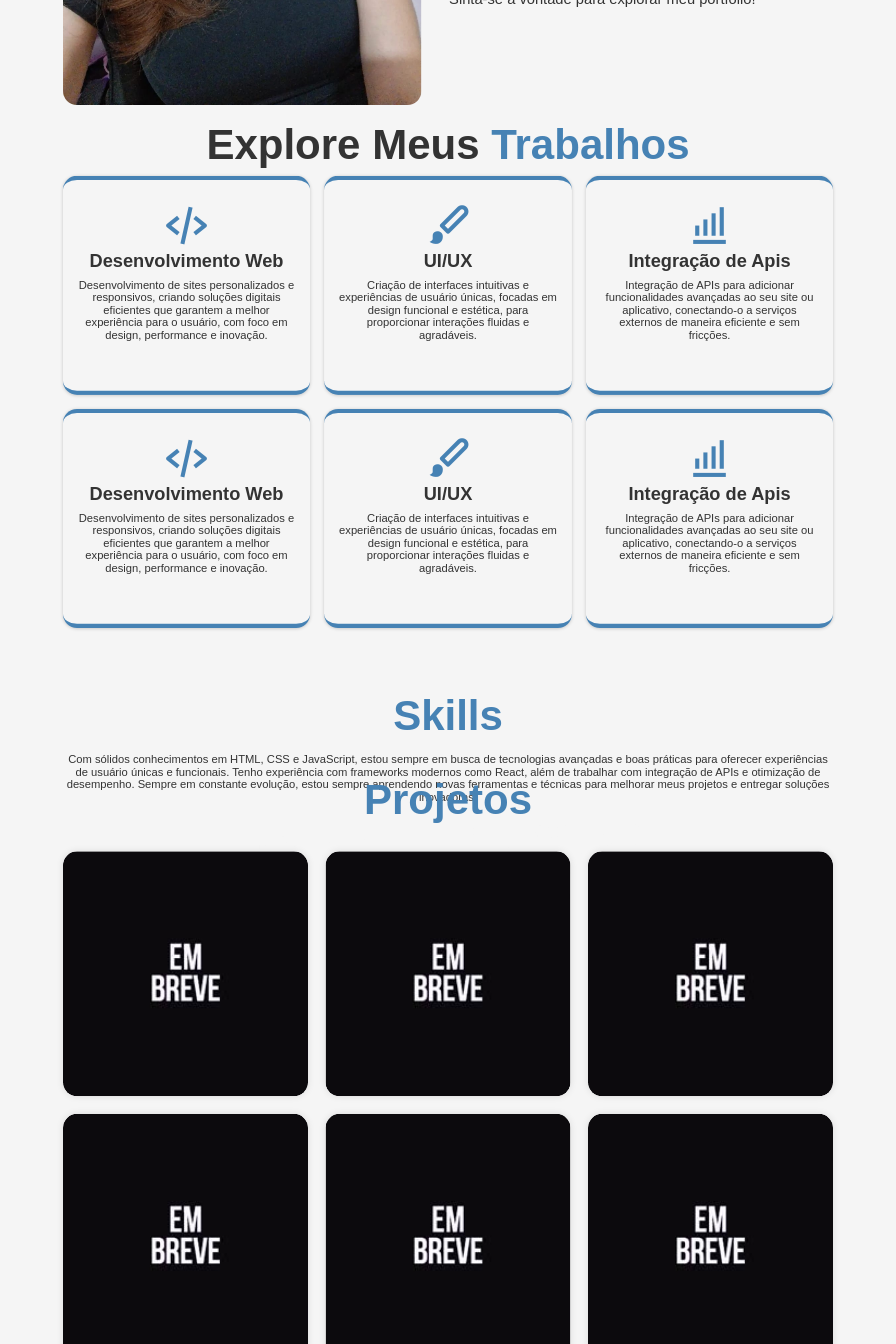
Repository: AliciaKathleen/portfolio-2025
Page: index.html
An editor plug-in stored every save of this project. The page is shown before and after the next save, followed by the edit.
The browser window is 1280 px wide. The pictures show the part of the page from y = 1353 to 3273 px (the page is 4193 px tall before and 4213 px after), at 70% of full size.

Above is the page before, as saved 2025-01-27 17:14:21.
Console error: TypeError: Cannot read properties of null (reading 'classList')

After the next save:
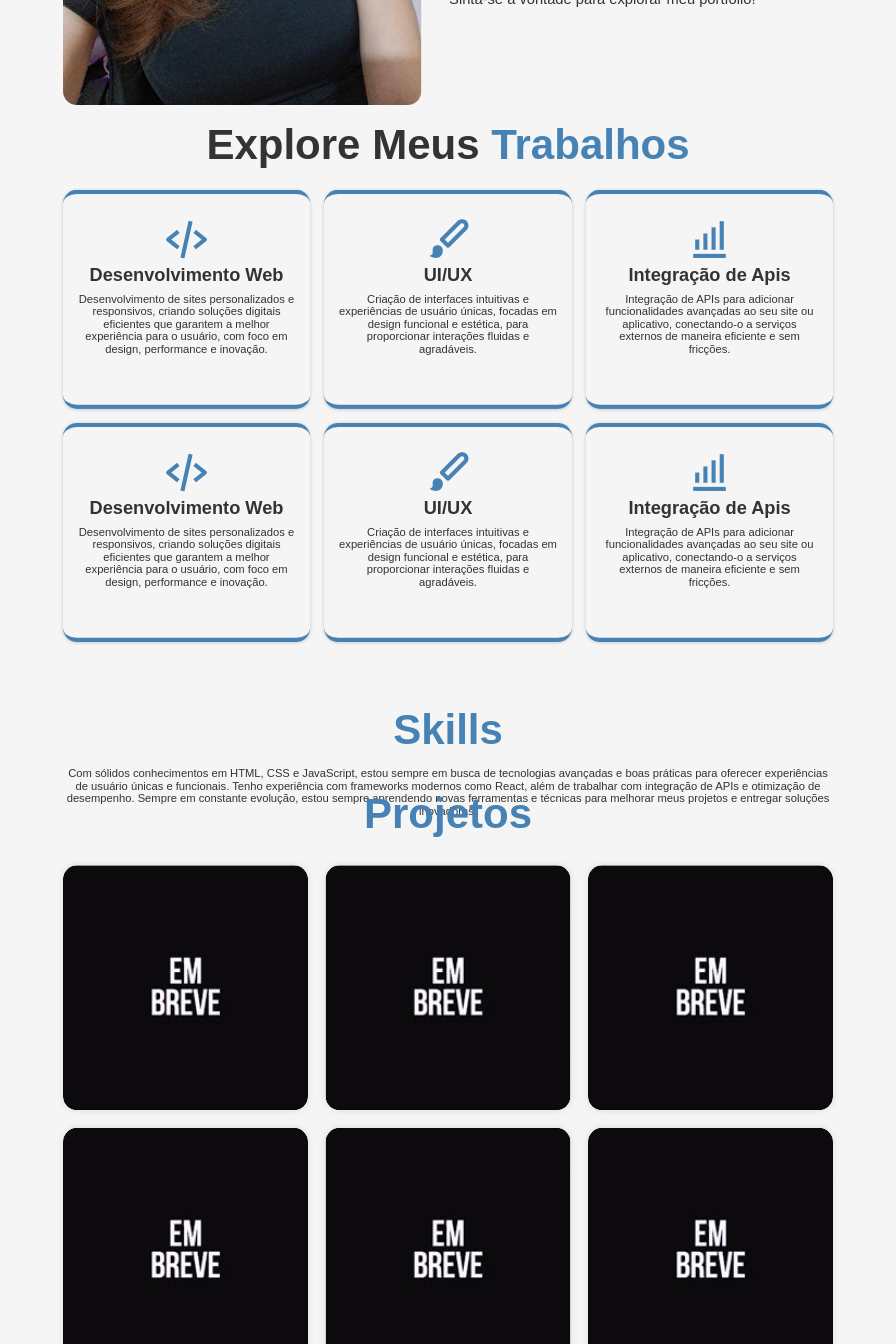
Saved 8 s later.
--- a/style.css
+++ b/style.css
@@ -301,7 +301,7 @@ span {
 }
 
 .services h2 {
-    margin-bottom: 1rem;
+    margin-bottom: 3rem;
 }
 
 .services .services-container {
